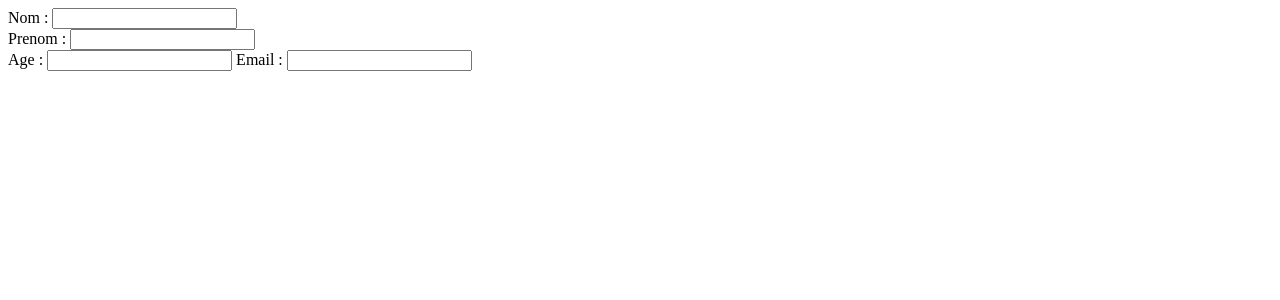
Repository: serviceshuios/Git-Aix-Web
Page: formulaire/WebContent/index.html
The author's editor kept a copy of each file at every save. The page is drawn from the files as they stood at one save, then again after the next save.
The browser window is 1280 px wide. The pictures show the whole page.

Above is the page before, as saved 2018-10-25 07:58:42.

### formulaire/WebContent/index.html
<!DOCTYPE html>
<html>
	<head>
		<meta charset="utf-8"/>
		<title>FORMULAIRE</title>
		<link rel="stylesheet" href="css/style.css"/>

	</head>
	<body>
		<form method="get" action="destination-vers-backend">
			<label for="nom">Nom :</label>
			<input type="text" name="nom" id="nom"/><br/>
			<label for="prenom">Prenom :</label>
			<input type="text" name="prenom" id="prenom"/><br/>
			<label for="age">Age :</label>
			<input type="number" name="age" id="age"/>
			<label for="mail">Email :</label>
			<input type="email" name="mail" id="mail"/>
		</form>
		<script src="js/script.js"></script>
	</body>
</html>

Loaded but not shown: formulaire/WebContent/css/style.css (common file); formulaire/WebContent/js/script.js (no stored copy; drawn as an empty file)

After the next save:
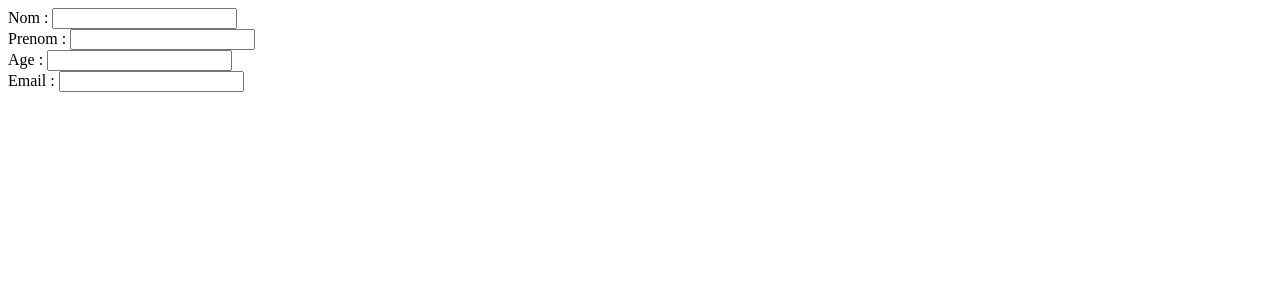
Saved 23 s later.
--- a/formulaire/WebContent/index.html
+++ b/formulaire/WebContent/index.html
@@ -13,7 +13,7 @@
 			<label for="prenom">Prenom :</label>
 			<input type="text" name="prenom" id="prenom"/><br/>
 			<label for="age">Age :</label>
-			<input type="number" name="age" id="age"/>
+			<input type="number" name="age" id="age"/><br/>
 			<label for="mail">Email :</label>
 			<input type="email" name="mail" id="mail"/>
 		</form>
